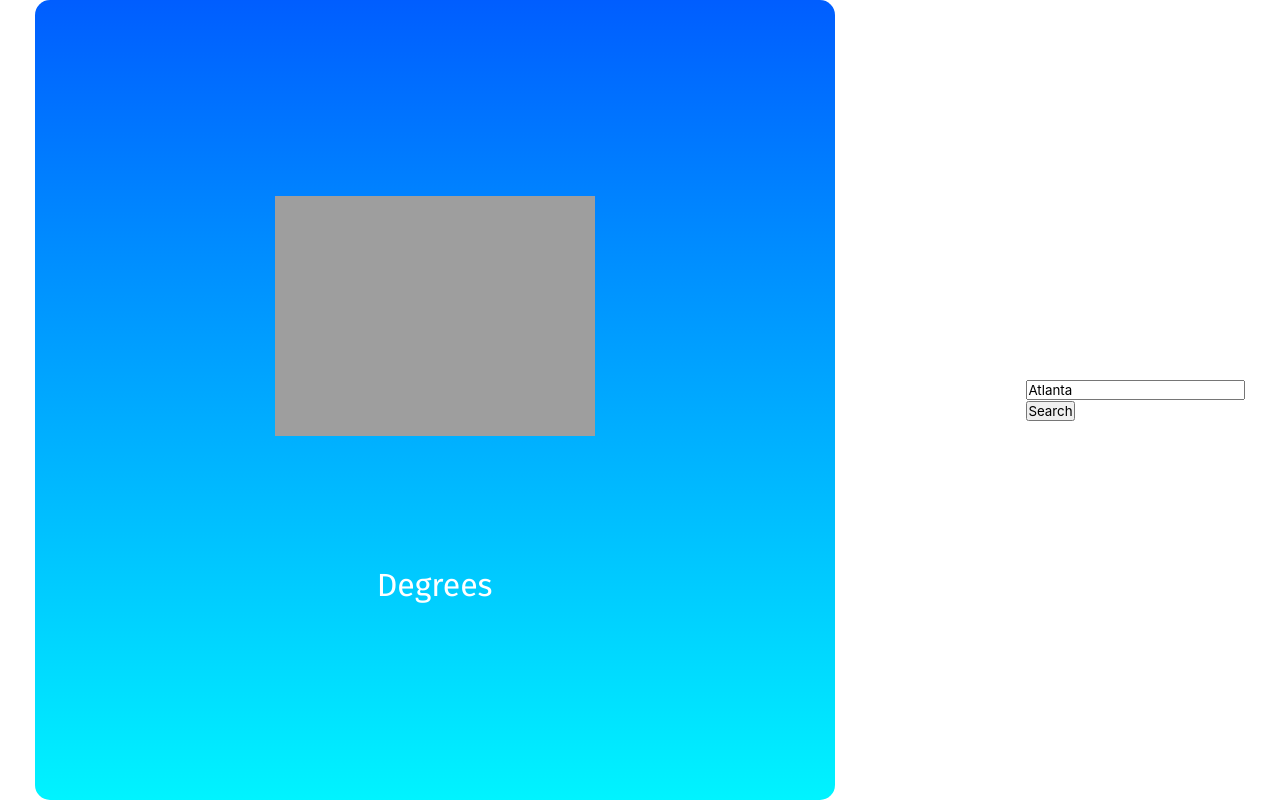
Repository: sayrilamar/chumsweatherapp
Page: /
An editor plug-in stored every save of this project. The page is shown before and after the next save, followed by the edit.
The browser window is 1280 px wide. The pictures show the whole page.
Pictures or frames that could not be fetched are drawn as grey boxes. The page's requests for data from a server got no answer. The project was rebuilt for these pictures with package versions that can differ from the ones it lists, and the page was loaded fresh each time. No one was signed in, and anything a server would have sent is missing.

Above is the page before, as saved 2020-04-18 16:51:43.

After the next save:
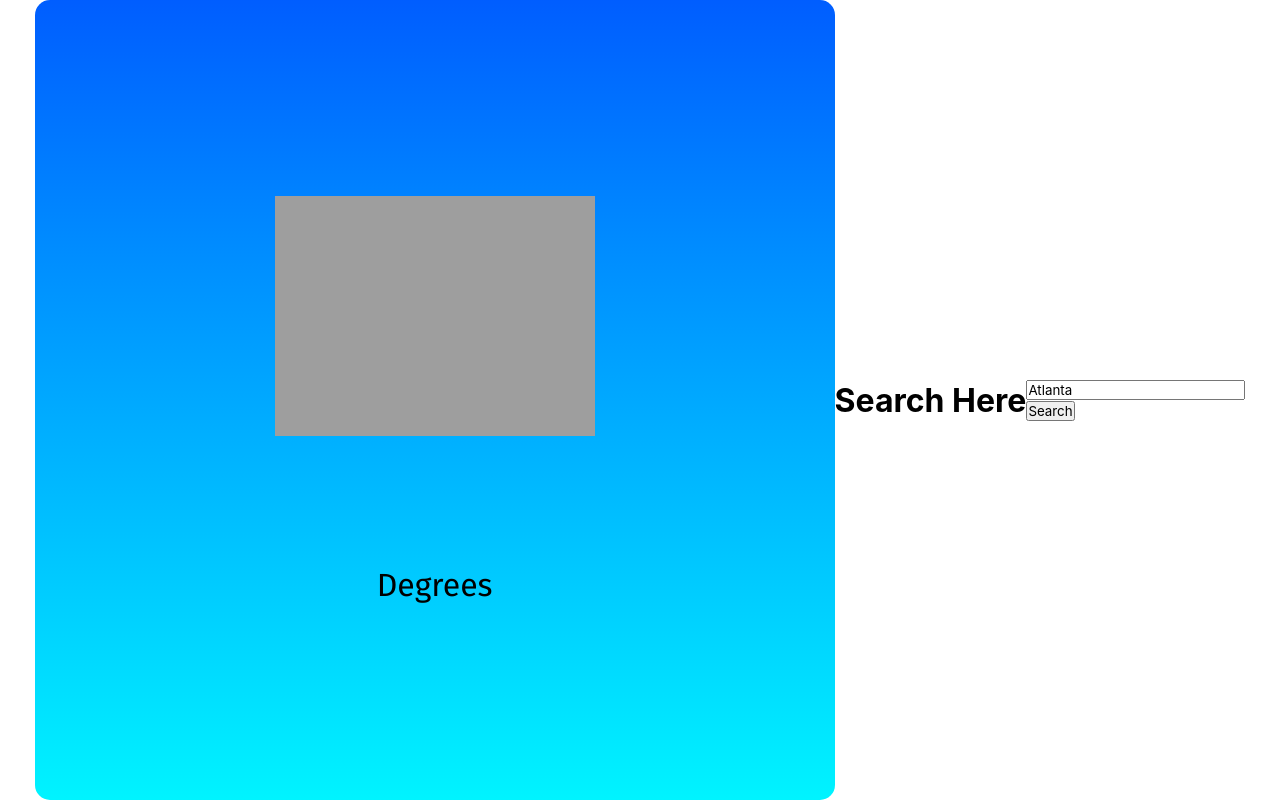
Saved 28 s later.
--- a/src/App.css
+++ b/src/App.css
@@ -7,3 +7,7 @@
   justify-content: center;
   align-items: center;
 }
+
+h1 {
+  color: black;
+}
